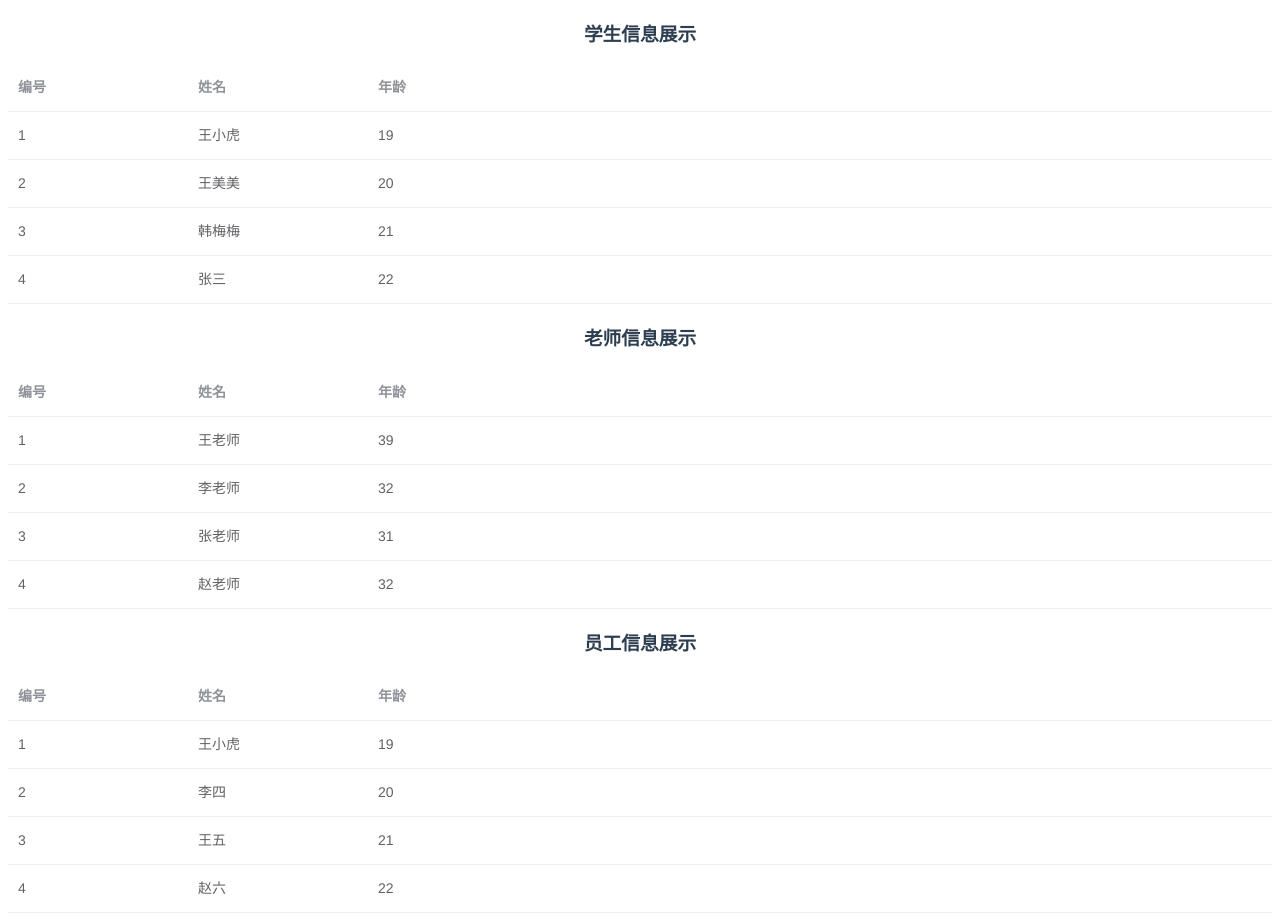
Repository: chang-meng-yun/vue_project
Page: /
These files come from the project's save history. The page is drawn as it stood at one moment and after the next save; the edit follows.
The browser window is 1280 px wide. The pictures show the whole page.
The project was rebuilt for these pictures with package versions that can differ from the ones it lists, and the page was loaded fresh each time. Also part of the build but not shown: vue.config.js, src/VBindStudy.vue, src/HomeWork.vue, src/views/reHome.vue, src/FromFrame.vue, src/prents.vue, src/views/son.vue, src/components/HelloWorld.vue and 1 more.

Above is the page before, as saved 2024-06-27 15:59:10.

### public/index.html
<!DOCTYPE html>
<html lang="">
  <head>
    <meta charset="utf-8">
    <meta http-equiv="X-UA-Compatible" content="IE=edge">
    <meta name="viewport" content="width=device-width,initial-scale=1.0">
    <link rel="icon" href="<%= BASE_URL %>favicon.ico">
    <!-- <title><%= htmlWebpackPlugin.options.title %></title> -->
     <title>我是首页</title>
  </head>
  <body>
    <noscript>
      <strong>We're sorry but <%= htmlWebpackPlugin.options.title %> doesn't work properly without JavaScript enabled. Please enable it to continue.</strong>
    </noscript>
    <!-- 显示内容的地方 -->
    <div id="app"></div>
    <!-- built files will be auto injected -->
  </body>
</html>

### src/main.js
import Vue from 'vue'
import App from './App.vue'
import ElementUI from 'element-ui';
import 'element-ui/lib/theme-chalk/index.css';
import router from './router'

Vue.use(ElementUI);

Vue.config.productionTip = false
new Vue({
  router,
  render: h => h(App)
}).$mount('#app')

### src/App.vue
<template>
  <div id="app">
    <!-- <Hello></Hello> -->
    <!-- <VBindStudy></VBindStudy> -->
    <!-- <HomeWork></HomeWork> -->
    <!-- <reHome></reHome> -->
    <!-- <Model></Model> -->
    <!-- <FromFrame></FromFrame> -->
     <!-- <prents></prents> -->
     <!-- <div>来自父组件得值{{son_title}}</div>
      <son @son_to_parent="getValues"></son> -->

      <!-- <child myTitle="信息展示" :mysrc="img_path" > -->
        <child myTitle="学生信息展示" myTitle2="老师信息展示" myTitle3="员工信息展示"  :tableData1="tableData1" :tableData2="tableData2" :tableData3="tableData3"></child>


    </div>
</template>
<script>
  // 导入组件
  import Hello from '@/Hello.vue'
  import VBindStudy from '@/VBindStudy'
  import HomeWork from '@/HomeWork'
  import reHome from './views/reHome.vue'
  import FromFrame from '@/FromFrame.vue'
  import prents from '@/prents.vue'
  import child from '@/child.vue'
   import son from './views/son.vue'
  // import Model from './views/Model.vue'
  export default {
    components: {
      Hello,
      VBindStudy,
      HomeWork,
      FromFrame,
      prents,
      child,
      son
      // Model
    },
    data() {
      return {
        tableData1: [{
            id: '1',
            name: '王小虎',
            age: '19'
          }, {
            id: '2',
            name: '王美美',
            age: '20'
          }, {
            id: '3',
            name: '韩梅梅',
            age: '21'
          }, {
            id: '4',
            name: '张三',
            age: '22'
          }],
          tableData2: [{
            id: '1',
            name: '王老师',
            age: '39'
          }, {
            id: '2',
            name: '李老师',
            age: '32'
          }, {
            id: '3',
            name: '张老师',
            age: '31'
          }, {
            id: '4',
            name: '赵老师',
            age: '32'
          }],
          tableData3: [{
            id: '1',
            name: '王小虎',
            age: '19'
          }, {
            id: '2',
            name: '李四',
            age: '20'
          }, {
            id: '3',
            name: '王五',
            age: '21'
          }, {
            id: '4',
            name: '赵六',
            age: '22'
          }],
        // mark: true,
        // name: "张三",
        // mywidth: "350px",
        // myImage: require("./assets/花.jpg"),
        // img_path: require("@/assets/花.jpg"),
        // son_title:""
      }
    },
    methods: {
      controller_div() {
        this.mark = !this.mark
        console.log(this.mark)
      },
      changeSize() {
        this.mywidth = "500px"
      },
      changeImage() {
        console.log("pakaqiu")
        this.myImage = require("./assets/小樱花.webp")
      },
      getValues(n){
        this.son_title=n
      }
    }
  }
</script>
<style>
  .box {
    width: 200px;
    height: 200px;
    background-color: red;
  }

  #app {
    font-family: Avenir, Helvetica, Arial, sans-serif;
    -webkit-font-smoothing: antialiased;
    -moz-osx-font-smoothing: grayscale;
    text-align: center;
    color: #2c3e50;
  }

  nav {
    padding: 30px;
  }

  nav a {
    font-weight: bold;
    color: #2c3e50;
  }

  nav a.router-link-exact-active {
    color: #42b983;
  }
</style>

### src/Hello.vue
<template>
  <div>
        <!-- <nav>
      <router-link to="/">Home</router-link> |
      <router-link to="/about">About</router-link>
    </nav> -->
    <!-- <el-row>
      <el-button>默认按钮</el-button>
      <el-button type="primary">主要按钮</el-button>
      <el-button type="success">成功按钮</el-button>
      <el-button type="info">信息按钮</el-button>
      <el-button type="warning">警告按钮</el-button>
      <el-button type="danger">危险按钮</el-button>
    </el-row> -->

    <!-- <input  type="text" v-model="username"> -->
     <!-- <div  v-if="mark" class="box">
      div1-if标签
     </div> -->
     <!-- <el-button type="primary" v-on:click="controller_div()">控制div</el-button> -->
     <!-- <div  v-show ="mark" class="box"> -->
      <!-- div2-show标签 -->
     <!-- </div> -->
    <!-- <div>
      {{username}}
    </div> -->
    <!-- <router-view/> -->
     <!-- <hr> -->

     <el-row>
        <el-col :span="12">
          <div class="grid-content bg-purple">
         <img src="./assets/小雏菊.webp" v-bind:width="mywidth" />
         <br>
         <el-button type="primary" @click="changeSize()">改变大小</el-button>
        </div>
      </el-col>

        <el-col :span="12">
          <div class="grid-content bg-purple-light">
            <img v-bind:src="myImage" width="350px" />
            <br>
            <el-button type="primary" @click="changeImage()">改变图片</el-button>
        </div>
      </el-col>
      </el-row>

  </div>
</template>
<script>
     export default{
    // components:{
    //     Hello,
    //     VBindStudy
    // },
    data(){
      return{
        mark:true,
        name:"张三",
        mywidth:"350px",
        myImage:require("./assets/花.jpg")
      }
    },
    methods:{
     controller_div(){
        this.mark=!this.mark
        console.log(this.mark)
      },
      changeSize(){
        this.mywidth="500px"
      },
      changeImage(){
        console.log("pakaqiu")
        this.myImage=require("./assets/小樱花.webp")
      }
     },
     components:{

     }
    }
  </script>
  <style>
  .box{
      width: 200px;
      height: 200px;
      background-color: red;
  }
  #app {
    font-family: Avenir, Helvetica, Arial, sans-serif;
    -webkit-font-smoothing: antialiased;
    -moz-osx-font-smoothing: grayscale;
    text-align: center;
    color: #2c3e50;
  }

  nav {
    padding: 30px;
  }

  nav a {
    font-weight: bold;
    color: #2c3e50;
  }

  /* nav a.router-link-exact-active {
    color: #42b983;
  } */
  </style>

### src/child.vue
<template>
    <div>
        <div>
         <h3>{{myTitle}}</h3>
         <!-- <img :src="mysrc" height="300px" width="300px"> -->
         <el-table
         :data="tableData1"
         style="width: 100%">
         <el-table-column
           prop="id"
           label="编号"
           width="180">
         </el-table-column>
         <el-table-column
           prop="name"
           label="姓名"
           width="180">
         </el-table-column>
         <el-table-column
           prop="age"
           label="年龄">
         </el-table-column>
       </el-table>
        </div>
        <div>
            <h3>{{myTitle2}}</h3>
            <!-- <img :src="mysrc" height="300px" width="300px"> -->
            <el-table
            :data="tableData2"
            style="width: 100%">
            <el-table-column
              prop="id"
              label="编号"
              width="180">
            </el-table-column>
            <el-table-column
              prop="name"
              label="姓名"
              width="180">
            </el-table-column>
            <el-table-column
              prop="age"
              label="年龄">
            </el-table-column>
          </el-table>
           </div>
           <div>
            <h3>{{myTitle3}}</h3>
            <!-- <img :src="mysrc" height="300px" width="300px"> -->
            <el-table
            :data="tableData3"
            style="width: 100%">
            <el-table-column
              prop="id"
              label="编号"
              width="180">
            </el-table-column>
            <el-table-column
              prop="name"
              label="姓名"
              width="180">
            </el-table-column>
            <el-table-column
              prop="age"
              label="年龄">
            </el-table-column>
          </el-table>
           </div>
    </div>
</template>
<script>
    export default{
        data(){
            return{
                // img_path: require("@/assets/花.jpg"),
            }
        },
        // props:["myTitle","mysrc"],
        props:["myTitle","tableData1","myTitle2","tableData2","myTitle3","tableData3"],
        methods: {

        },
        components:{

        }
    }

</script>
<style>

</style>

Loaded but not shown: src/router/index.js (common file)

After the next save:
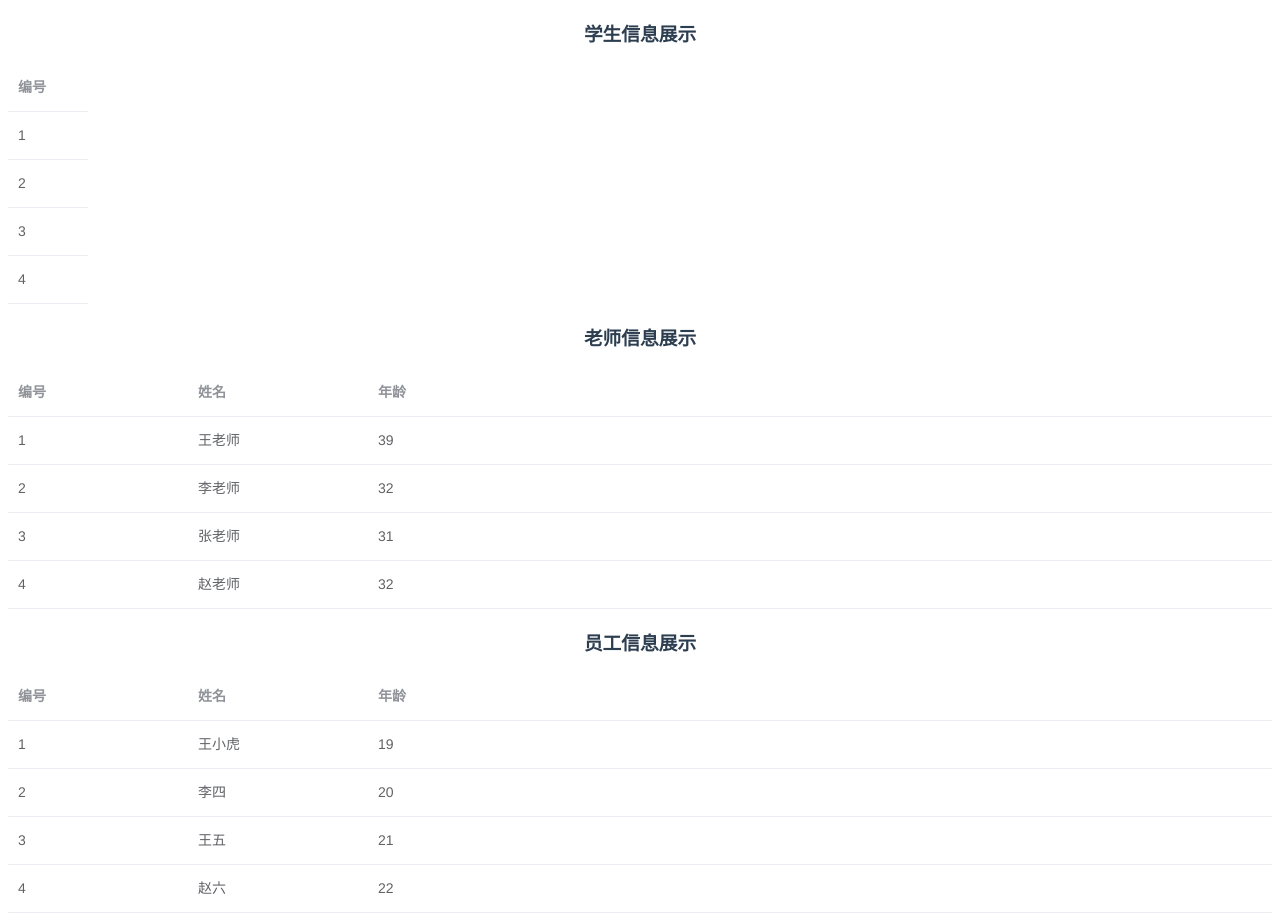
Saved 5 min 4 s later.
--- a/src/child.vue
+++ b/src/child.vue
@@ -5,7 +5,7 @@
          <!-- <img :src="mysrc" height="300px" width="300px"> -->
          <el-table
          :data="tableData1"
-         style="width: 100%">
+         style="width: 80px">
          <el-table-column
            prop="id"
            label="编号"
